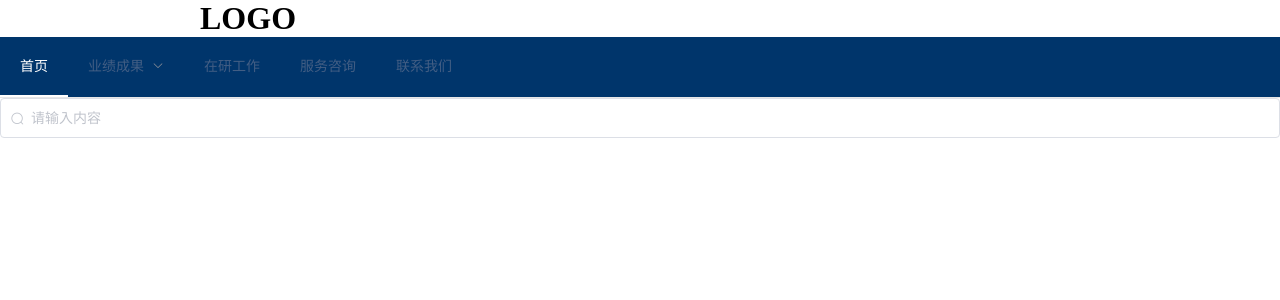
Repository: BLSY/xzust
Page: /
These files come from the project's save history. The page is drawn as it stood at one moment and after the next save; the edit follows.
The browser window is 1280 px wide. The pictures show the whole page.
The project was rebuilt for these pictures with package versions that can differ from the ones it lists, and the page was loaded fresh each time.

Above is the page before, as saved 2022-11-26 20:25:49.

### index.html
<!DOCTYPE html>
<html>
  <head>
    <meta charset="utf-8">
    <meta name="viewport" content="width=device-width,initial-scale=1.0">
    <title>student</title>
  </head>
  <body style="margin:0;">
    <div id="app"></div>
    <!-- built files will be auto injected -->
  </body>
</html>

### src/main.js
// The Vue build version to load with the `import` command
// (runtime-only or standalone) has been set in webpack.base.conf with an alias.
import Vue from 'vue'
import App from './App'
import ElementUI from 'element-ui';
import 'element-ui/lib/theme-chalk/index.css';
import router from './router'

Vue.use(ElementUI);
Vue.config.productionTip = false

/* eslint-disable no-new */
new Vue({
  el: '#app',
  router,
  components: { App },
  template: '<App/>'
})

### src/App.vue
<template>
  <div id="app">
    <router-view/>
  </div>
</template>

<script>
export default {
  name: 'App'
}
</script>

<style>
#app {

}
</style>

### src/components/HelloWorld.vue
<template>
  <div class="indexBox">
    <div class="nav">
      <div class="login">LOGO</div>
      <div class="navList">
        <el-menu
          :default-active="activeIndex2"
          class="el-menu-demo"
          mode="horizontal"
          @select="handleSelect"
          background-color="#00356B"
          text-color="#425E84"
          active-text-color="#fff"
        >
          <el-menu-item index="1">首页</el-menu-item>
          <el-submenu index="2">
            <template slot="title">业绩成果</template>
            <el-menu-item index="2-1">选项1</el-menu-item>
            <el-menu-item index="2-2">选项2</el-menu-item>
            <el-menu-item index="2-3">选项3</el-menu-item>
          </el-submenu>
          <el-menu-item index="3">在研工作</el-menu-item>
          <el-menu-item index="4">服务咨询</el-menu-item>
          <el-menu-item index="5">联系我们</el-menu-item>
        </el-menu>
      </div>
      <div class="serch">
        <el-input
          placeholder="请输入内容"
          prefix-icon="el-icon-search"
          v-model="input2"
        >
        </el-input>
      </div>
    </div>
  </div>
</template>

<script>
export default {
  name: "HelloWorld",
  data() {
    return {
      activeIndex2: "1",
      input2: "",
    };
  },
  props: {
    msg: String,
  },
  methods: {
    handleSelect(key, keyPath) {
      console.log(key, keyPath);
    },
  },
};
</script>

<!-- Add "scoped" attribute to limit CSS to this component only -->
<style scoped >
.indexBox {
  width: 100%;
  height: 100%;
  position: relative;

}
.nav {
  display: inline-block;
  width: 100%;
}
.login {
  display: inline-block;
  font-size: 32px;
  font-weight: bold;
  font-family: MicrosoftYaHei;
  margin-left: 200px;
}
</style>

Loaded but not shown: src/router/index.js (common file)

After the next save:
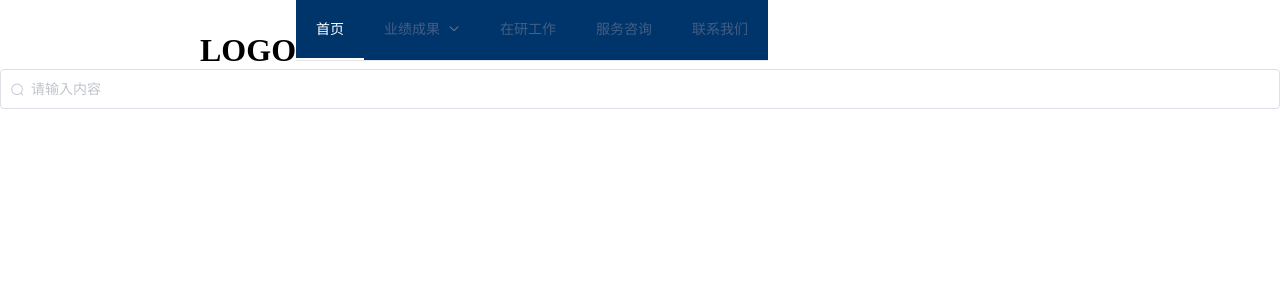
Saved 59 s later.
--- a/src/components/HelloWorld.vue
+++ b/src/components/HelloWorld.vue
@@ -75,4 +75,7 @@ export default {
   font-family: MicrosoftYaHei;
   margin-left: 200px;
 }
+.navList{
+  display: inline-block;
+}
 </style>
